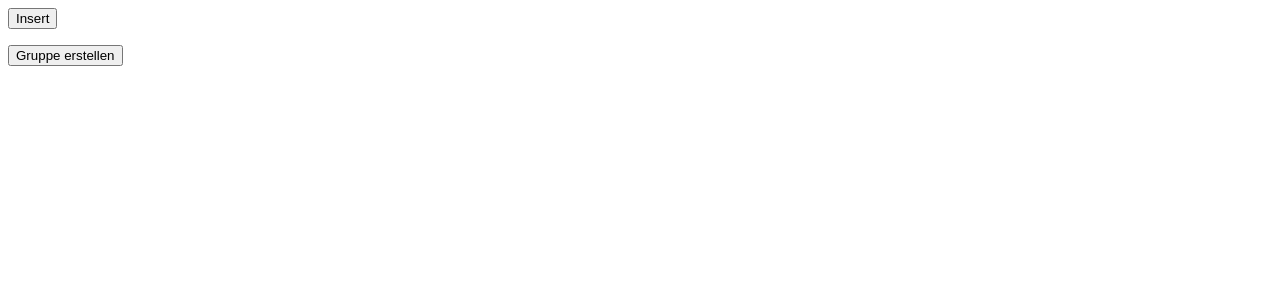
Repository: ubermanalex/DjCrowd
Page: ScaleYourFriends/online_home.html
The author's editor kept a copy of each file at every save. The page is drawn from the files as they stood at one save, then again after the next save.
The browser window is 1280 px wide. The pictures show the whole page.

Above is the page before, as saved 2013-06-11 13:09:31.

After the next save:
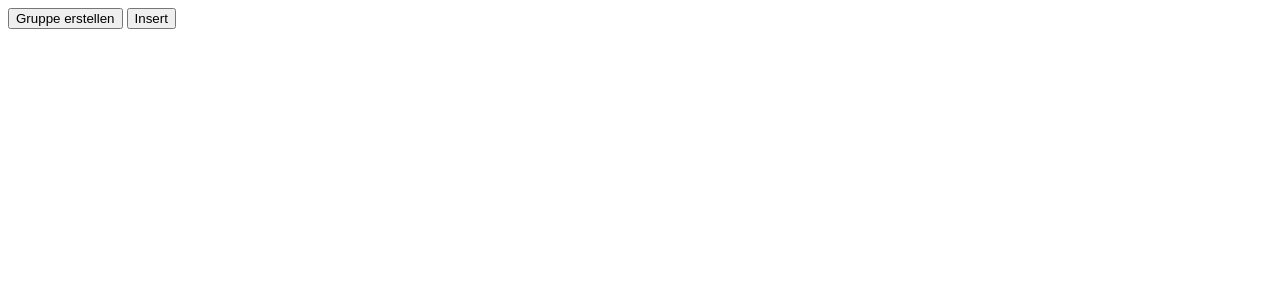
Saved 95 s later.
--- a/ScaleYourFriends/online_home.html
+++ b/ScaleYourFriends/online_home.html
@@ -26,7 +26,9 @@
 	<!-- Change "<li>test</li>" to whatever you want -->
 	<!-- Change "0" to which list item to insert before (starts at 0, not 1) -->
 
-	<input type='button' value='Insert'  onClick="insertItem('thumbs',0)">
+
+	<input value="Gruppe erstellen" onClick="insertItem('thumbs',0)" type="submit" id="newgroupbutton">
+	<input type='button' value='Insert'  >
 
 	<ul id="thumbs">
 
@@ -49,4 +51,3 @@
 
 
 </script>
-<input value="Gruppe erstellen" onclick="newgroup()" type="submit" id="newgroupbutton">
